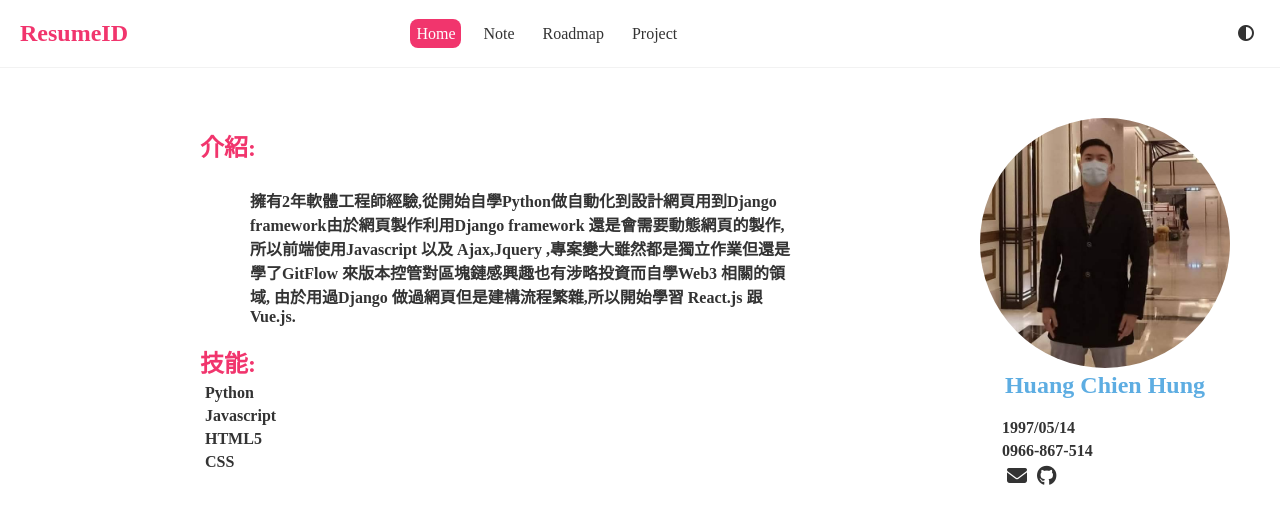
Repository: leo-play-code/ResumeID
Page: /
These files come from the project's save history. The page is drawn as it stood at one moment and after the next save; the edit follows.
The browser window is 1280 px wide. The pictures show the whole page.
Some web libraries are served in a nearby version. The project was rebuilt for these pictures with package versions that can differ from the ones it lists, and the page was loaded fresh each time. Also part of the build but not shown: src/Note/Note.js, src/Roadmap/Roadmap.js, src/Project/Project.js.

Above is the page before, as saved 2022-10-18 15:25:01.

### public/index.html
<!DOCTYPE html>
<html lang="en">
  <head>
    <meta charset="utf-8" />
    <link rel="icon" href="%PUBLIC_URL%/favicon.ico" />
    <meta name="viewport" content="width=device-width, initial-scale=1" />
    <meta name="theme-color" content="#000000" />
    <meta
      name="description"
      content="Web site created using create-react-app"
    />
    <link rel="apple-touch-icon" href="%PUBLIC_URL%/logo192.png" />
    <link rel="manifest" href="%PUBLIC_URL%/manifest.json" />

    <!-- fontawesome -->
    <script src="https://kit.fontawesome.com/14e9a4f90b.js" crossorigin="anonymous"></script>
    <title>React App</title>
  </head>
  <body>
    <noscript>You need to enable JavaScript to run this app.</noscript>
    <div id="root"></div>
  </body>
</html>

### src/index.css
/* base styles */
* {
  margin: 0;
  font-family: "Quicksand";
  color: #333;
}
.navbar {
  padding: 20px;
  display: flex;
  align-items: center;
  max-width: 100%;
  margin: 0 auto;
  border-bottom: 1px solid #f2f2f2;
}
.navbar h1 {
  color: #f1356d;
}
.navbar-center{
  margin-inline: auto;
}
.navbar-center .page-selected{
  color:white;
  background: #f1356d;
  border-radius: 8px;
  pointer-events: none;
}
.navbar .navbar-right {
  margin-left: auto;
}
.navbar a {
  margin-left: 16px;
  text-decoration: none;
  padding: 6px;
}
.navbar a:hover {
  color: #f1356d;
}
.content {
  max-width: 600px;
  margin: 40px auto;
  padding: 20px;
}

/* Home */
.Home .profile{
  height: 500px;
}
.Home .picture img{
  border-radius: 50%;
  max-width: 250px;
}
.Home .profile .MainName{
  color:#5DADE2;
}

.Home .introduction{
  margin-top: 60px;
  margin-left: 200px;
  float:left;
  width: 600px;
}
.Home .information{
  margin: 50px;
  float:right;
}


.Home .introduction h2{
  color:#f1356d
}
.Home .introduction .context{
  margin-top: 25px;
  margin-left: 50px;
}


.Home .picture{
  text-align: center;
}

.Home .contact{
  margin-top: 20px;
  margin-left:17px
}

.Home .contact div{
  margin :5px;
}

.Home .contact span{
  margin :5px;
}


.Home .contact a{
  margin :5px;
  font-size: 20px;
  transition: 0.3s;
}

.Home .contact a:hover{
  font-size: 35px;
  transition: 0.3s;
}

.Home .skill div{
  margin: 5px;
}

### src/App.js
import Navbar from './Navbar/Navbar';
import { BrowserRouter as Router,Route,Switch} from 'react-router-dom'
import Home from './Home/Home';
import Note from './Note/Note';
import Roadmap from './Roadmap/Roadmap';
import Project from './Project/Project';

function App(){
    return (
        <Router>
            <div className="App">
            <Navbar />
                <Switch>
                    <Route exact path='/'>
                        <Home />
                    </Route>
                    <Route exact path='/Note'>
                        <Note />
                    </Route>
                    <Route exact path='/Roadmap'>
                        <Roadmap />
                    </Route>
                    <Route exact path='/Project'>
                        <Project />
                    </Route>

                </Switch>
            </div>
        </Router>

    )
}

export default App;

### src/Navbar/Navbar.js
import { useEffect, useState } from 'react';
import {Link} from 'react-router-dom';

function Navbar(){
    const [navbar_state,setPageState] = useState('');
    function ChangeColor(){
        console.log('changecolor')
    }
    function PageSelected(navbar_state){
        setPageState(navbar_state)
    }
    useEffect(()=>{
        const init_url_arr = window.location.href.split('/')
        const init_url_page = init_url_arr[init_url_arr.length-1]
        setPageState(init_url_page)
    })
    return (
        <nav className="navbar">
            <h1>ResumeID</h1>
            <span className='navbar-center'>
                {(navbar_state == '')&& <Link to="/" className='page-selected'>Home</Link>}
                {!(navbar_state == '')&&<Link to="/" onClick={()=>PageSelected('Home')}>Home</Link>}
                {(navbar_state == 'Note')&& <Link to="/Note" className='page-selected'>Note</Link>}
                {!(navbar_state == 'Note')&&<Link to="/Note" onClick={()=>PageSelected('Note')}>Note</Link>}
                {(navbar_state == 'Roadmap')&& <Link to="/Roadmap" className='page-selected'>Roadmap</Link>}
                {!(navbar_state == 'Roadmap')&&<Link to="/Roadmap" onClick={()=>PageSelected('Roadmap')}>Roadmap</Link>}
                {(navbar_state == 'Project')&& <Link to="/Project" className='page-selected'>Project</Link>}
                {!(navbar_state == 'Project')&&<Link to="/Project" onClick={()=>PageSelected('Project')}>Project</Link>}
            </span>
            <div className="navbar-right">
                <a onClick={ChangeColor}><i className="fa-solid fa-circle-half-stroke"></i></a>
            </div>
        </nav>
    )
}

export default Navbar ;

### src/Home/Home.js



function Home(){
    const pic = require('./static/image/selfy.jpg');
    return(
        <div className="Home">
            <div className='profile'>
                <div className="introduction">
                    <h2 className='context-title'>介紹:</h2>
                    <div className='context'>
                        <b>擁有2年軟體⼯程師經驗,從開始⾃學Python做⾃動化到設計網⾴⽤到Django framework</b>
                        <b>由於網⾴製作利⽤Django framework 還是會需要動態網⾴的製作,所以前端使⽤Javascript 以及 Ajax,Jquery ,專案變⼤雖然都是獨立作業但還是學了GitFlow 來版本控管</b>
                        <b>對區塊鏈感興趣也有涉略投資⽽⾃學Web3 相關的領域, 由於⽤過Django 做過網⾴但是建構流程繁雜,所以開始學習 React.js 跟 Vue.js.</b>
                    </div>
                    <br />
                    <h2 className='context-title'>技能:</h2>
                    <div className='skill'>
                        <div><b>Python</b></div>
                        <div><b>Javascript</b></div>
                        <div><b>HTML5</b></div>
                        <div><b>CSS</b></div>
                    </div>
                </div>
                <div className='information'>
                    <div className="picture">
                        <img src={pic} alt="" />
                        <h2 className='MainName'>Huang Chien Hung</h2>
                    </div>
                    <div className="contact">
                        <div><b>1997/05/14</b></div>
                        <div><b>0966-867-514</b></div>
                        <span>
                            <a href="mailto:leo56029132@gmail.com"><i className="fa-solid fa-envelope"></i></a>
                            <a href="https://github.com/leo-play-code"><i className="fa fa-github"></i></a>
                        </span>
                    </div>
                </div>
            </div>
        </div>
    )
}
export default Home ;

Loaded but not shown: src/index.js (common file); src/reportWebVitals.js (common file)

After the next save:
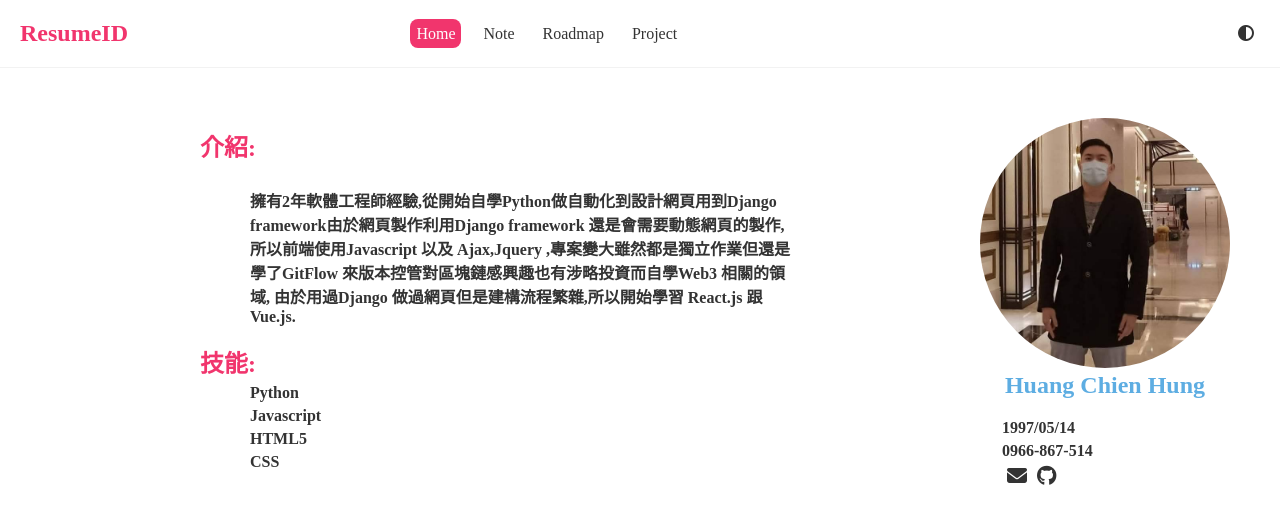
Saved 20 s later.
--- a/src/index.css
+++ b/src/index.css
@@ -105,4 +105,5 @@
 
 .Home .skill div{
   margin: 5px;
+  margin-left: 50px;
 }
